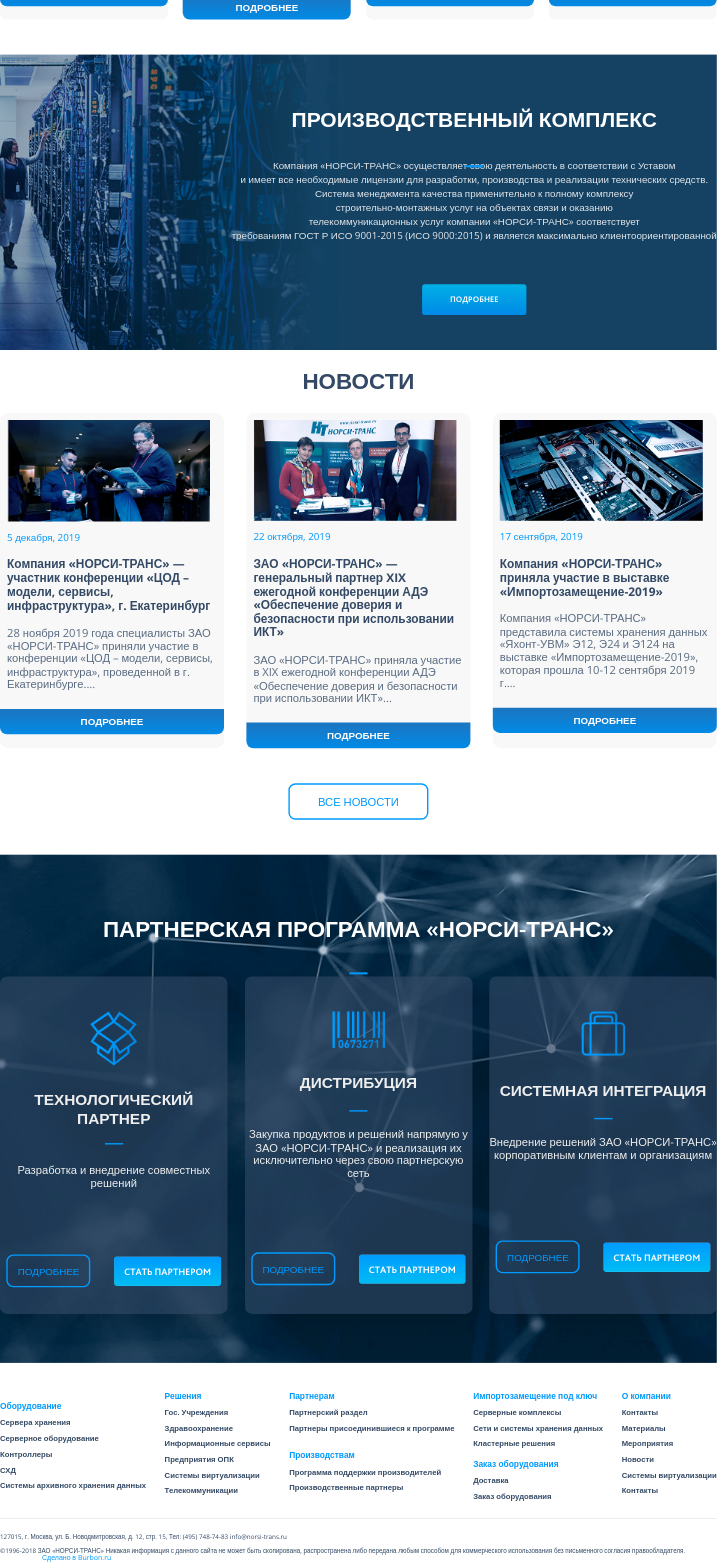
Repository: frostnn/testTaskBurbon
Page: app/index.html
These files come from the project's save history. The page is drawn as it stood at one moment and after the next save; the edit follows.
The browser window is 1024 px wide. The pictures show the part of the page from y = 1100 to 3340 px (the page is 3340 px tall before and 3336 px after), at 70% of full size.
The style sheet was rebuilt from its Sass, Less or Tailwind sources for each picture, by a compiler version that may differ from the author's.

Above is the page before, as saved 2020-07-16 11:31:39.

### app/index.html
<!DOCTYPE html>
<html lang="en">
<head>
  <meta charset="UTF-8">
  <meta name="viewport" content="width=device-width, initial-scale=1.0">
  <meta http-equiv="X-UA-Compatible" content="ie=edge">
  <link rel="stylesheet" href="css/style.min.css">
  <title>Test task</title>
</head>
<body>
  <div class="bg-test">
    <header class="header">
        <div class="header-logo">
          <img src="./img/NT_logo_color.png" alt="Логотип" class="header-logo__img">
        </div>
        <nav class="header-nav">
          <ul class="header-nav__list">
            <li class="header-nav__list-item">
              <a href="#" class="header-nav__list-link">оборудование</a>
            </li>
            <li class="header-nav__list-item">
              <a href="#" class="header-nav__list-link">решения</a>
            </li>
            <li class="header-nav__list-item">
              <a href="#" class="header-nav__list-link">партнерам</a>
            </li>
            <li class="header-nav__list-item">
              <a href="#" class="header-nav__list-link">производствам</a>
            </li>
            <li class="header-nav__list-item">
              <a href="#" class="header-nav__list-link">импортозамещение под ключ</a>
            </li>
            <li class="header-nav__list-item">
              <a href="#" class="header-nav__list-link">заказ оборудования</a>
            </li>
            <li class="header-nav__list-item">
              <a href="#" class="header-nav__list-link">о компании</a>
            </li>
          </ul>
        </nav>
        <div class="header-search">
          <img src="./img/search.png" alt="Поиск" class="header-search__img">
        </div>
    </header>
    <section class="slider">
      <div class="slider-block">
        <div class="slider-block__content">
          <h1 class="slider-block__content-title">Яхонт-увм э24</h1>
          <p class="slider-block__content-text">
            программно-аппаратный комплекс высокопроизводительной загрузки <br>
            и накопления массивов CDR/IPDR данных, выполнения задач<br>
            по их обработке
          </p>
          <a href="#" class="slider-block__content-link btn">Подробнее</a>
        </div>
        <div class="slider-block__content">
          <h1 class="slider-block__content-title">Яхонт-увм э24</h1>
          <p class="slider-block__content-text">
            программно-аппаратный комплекс высокопроизводительной загрузки <br>
            и накопления массивов CDR/IPDR данных, выполнения задач<br>
            по их обработке
          </p>
        <!--  <img src="./img/VPS.png" alt="" class="slider-block__content-img"> -->
          <a href="#" class="slider-block__content-link btn">Подробнее</a>
        </div>
        <div class="slider-block__content">
          <h1 class="slider-block__content-title">Яхонт-увм э24</h1>
          <p class="slider-block__content-text">
            программно-аппаратный комплекс высокопроизводительной загрузки <br>
            и накопления массивов CDR/IPDR данных, выполнения задач<br>
            по их обработке
          </p>
          <a href="#" class="slider-block__content-link btn">Подробнее</a>
        </div>
      </div>
    </section>
  </div>
  <section class="industries">
    <h2 class="industries-title">Наши отрасли</h2>
    <div class="industries-block">
      <div class="industries-block__content">
        <img src="./img/healths.png" alt="healths" class="industries-block__content-img">
        <h3 class="industries-block__content-title">Здравоохранение</h3>
        <p class="industries-block__content-text">
          Системы хранения данных. Интеграция
          в действующую ИКТ-структуру. Программно-аппаратный комплекс «Яхонт-ЭМК»,
          предназначенный для хранения и ведения медицинских интегрированных архивов
        </p>
        <a href="" class="industries-block__content-link">Подробнее</a>
      </div>
      <div class="industries-block__content">
        <img src="./img/gov.png" alt="government" class="industries-block__content-img">
        <h3 class="industries-block__content-title">Государственный сектор </h3>
        <p class="industries-block__content-text">
          Системы хранения данных. Интеграция в действующую ИКТ-структуру.
          Импортонезависимый программно-аппаратный комплекс систем электронного документооборота
          и аналитической отчетности
        </p>
        <a href="" class="industries-block__content-link">Подробнее</a>
      </div>
      <div class="industries-block__content">
        <img src="./img/telecom.png" alt="telecom" class="industries-block__content-img">
        <h3 class="industries-block__content-title">Телекоммуникации</h3>
        <p class="industries-block__content-text">
          Системы хранения данных. Интеграция в действующую ИКТ-структуру.
          Программно-аппаратный комплекс «Яхонт-ЭМК»,
          предназначенный для хранения и ведения медицинских интегрированных архивов
        </p>
        <a href="" class="industries-block__content-link">Подробнее</a>
      </div>
      <div class="industries-block__content">
        <img src="./img/opk.png" alt="opk" class="industries-block__content-img">
        <h3 class="industries-block__content-title">Предприятия ОПК</h3>
        <p class="industries-block__content-text">
          Системы хранения данных. Интеграция в действующую ИКТ-структуру.
          Импортонезависимый программно-аппаратный комплекс систем электронного документооборота
          и аналитической отчетности
        </p>
        <a href="#" class="industries-block__content-link">Подробнее</a>
      </div>
    </div>
  </section>
  <main class="production">
    <div class="production-wrapper">
      <div class="production-block">
        <h2 class="production-block__title">Производственный комплекс</h2>
        <p class="production-block__text">
          Компания «НОРСИ-ТРАНС» осуществляет свою деятельность в соответствии с Уставом <br>
          и имеет все необходимые лицензии для разработки, производства и реализации технических средств.<br>
          Система менеджмента качества применительно к полному комплексу<br>
          строительно-монтажных услуг на объектах связи и оказанию <br>
          телекоммуникационных услуг компании «НОРСИ-ТРАНС» соответствует <br>
          требованиям ГОСТ Р ИСО 9001-2015 (ИСО 9000:2015) и является максимально клиентоориентированной
        </p>
        <a href="#" class="production-block__link btn">подробнее</a>
      </div>
    </div>
  </main>
  <section class="news">
    <h2 class="news-title">Новости</h2>
      <div class="news-block">
        <div class="news-block__content">
          <img src="./img/news_1.png" alt="news_img" class="news-block__content-img">
          <span class="news-block__content-date">5 декабря, 2019</span>
          <h4 class="news-block__content-title">
            Компания «НОРСИ-ТРАНС» — участник конференции «ЦОД – модели,
            сервисы, инфраструктура», г. Екатеринбург
          </h4>
          <p class="news-block__content-text">
            28 ноября 2019 года специалисты ЗАО «НОРСИ-ТРАНС»
            приняли участие в конференции «ЦОД – модели, сервисы,
            инфраструктура», проведенной в г. Екатеринбурге.…
          </p>
          <a href="#" class="news-block__content-link">Подробнее</a>
        </div>
          <div class="news-block__content">
            <img src="./img/news_2.png" alt="news_img" class="news-block__content-img">
            <span class="news-block__content-date">22 октября, 2019</span>
            <h4 class="news-block__content-title">
              ЗАО «НОРСИ-ТРАНС» — генеральный партнер XIX
              ежегодной конференции АДЭ «Обеспечение доверия
              и безопасности при использовании ИКТ»
            </h4>
            <p class="news-block__content-text">
              ЗАО «НОРСИ-ТРАНС» приняла участие в XIX ежегодной конференции
              АДЭ «Обеспечение доверия и безопасности при использовании ИКТ»...
            </p>
            <a href="#" class="news-block__content-link">Подробнее</a>
          </div>
          <div class="news-block__content">
            <img src="./img/news_3.png" alt="news_img" class="news-block__content-img">
            <span class="news-block__content-date">17 сентября, 2019</span>
            <h4 class="news-block__content-title">
              Компания «НОРСИ-ТРАНС» приняла участие
              в выставке «Импортозамещение-2019»
            </h4>
            <p class="news-block__content-text">
              Компания «НОРСИ-ТРАНС» представила системы хранения данных
              «Яхонт-УВМ» Э12, Э24 и Э124 на выставке «Импортозамещение-2019»,
              которая прошла 10-12 сентября 2019 г.…
            </p>
            <a href="#" class="news-block__content-link">Подробнее</a>
          </div>
      </div>
      <div class="btn-wrapper">
        <button class="news-btn">Все новости</button>
      </div>
  </section>
  <section class="program">
    <div class="program-wrapper">
      <h2 class="program-title">Партнерская программа «НОРСИ-ТРАНС» </h2>
      <div class="program-block__wrapper">
        <div class="program-block">
          <img src="./img/box.png" alt="box" class="program-block__img">
          <h5 class="program-block__title">Технологический партнер</h5>
          <p class="program-block__text">Разработка и внедрение совместных решений </p>
          <div class="program-block__btn">
            <a href="#" class="program-block__btn-link">подробнее</a>
            <button class="program-block__btn-btn btn">стать партнером</button>
          </div>
        </div>
        <div class="program-block">
          <img src="./img/code.png" alt="box" class="program-block__img">
          <h5 class="program-block__title">Дистрибуция</h5>
          <p class="program-block__text">
            Закупка продуктов и решений напрямую у ЗАО «НОРСИ-ТРАНС»
            и реализация их исключительно через свою партнерскую сеть
          </p>
          <div class="program-block__btn">
            <a href="#" class="program-block__btn-link">подробнее</a>
            <button class="program-block__btn-btn btn">стать партнером</button>
          </div>
        </div>
        <div class="program-block">
          <img src="./img/case.png" alt="box" class="program-block__img">
          <h5 class="program-block__title">Системная интеграция</h5>
          <p class="program-block__text">
            Внедрение решений ЗАО «НОРСИ-ТРАНС»
            корпоративным клиентам и организациям
          </p>
          <div class="program-block__btn">
            <a href="#" class="program-block__btn-link">подробнее</a>
            <button class="program-block__btn-btn btn">стать партнером</button>
          </div>
        </div>
      </div>
    </div>
  </section>
  <footer class="footer">
    <div class="footer-nav">
      <div class="equipment-block">
        <ul class="equipment-block__list">
          <li class="equipment-block__list-title">Оборудование</li>
          <li class="equipment-block__list-item"> <a href="#" class="equipment-block__item-link"> Сервера хранения</a></li>
          <li class="equipment-block__list-item"> <a href="#" class="equipment-block__item-link">Серверное оборудование</a></li>
          <li class="equipment-block__list-item"> <a href="#" class="equipment-block__item-link"> Контроллеры</a></li>
          <li class="equipment-block__list-item"> <a href="#" class="equipment-block__item-link">СХД</a></li>
          <li class="equipment-block__list-item"> <a href="#" class="equipment-block__item-link">Системы архивного хранения данных</a></li>
        </ul>
      </div>
      <div class="decisions-block">
        <ul class="decisions-block__list">
          <li class="decisions-block__list-title">Решения</li>
          <li class="decisions-block__list-item"> <a href="#" class="decisions-block__item-link"> Гос. Учреждения</a></li>
          <li class="decisions-block__list-item"> <a href="#" class="decisions-block__item-link">Здравоохранение</a></li>
          <li class="decisions-block__list-item"> <a href="#" class="decisions-block__item-link">Информационные сервисы</a></li>
          <li class="decisions-block__list-item"> <a href="#" class="decisions-block__item-link">Предприятия ОПК</a></li>
          <li class="decisions-block__list-item"> <a href="#" class="decisions-block__item-link">Системы виртуализации</a></li>
          <li class="decisions-block__list-item"> <a href="#" class="decisions-block__item-link">Телекоммуникации</a></li>
        </ul>
      </div>
      <div class="partners-block">
        <ul class="partners-block__list">
          <li class="partners-block__list-title">Партнерам</li>
          <li class="partners-block__list-item"> <a href="#" class="partners-block__item-link">Партнерский раздел</a></li>
          <li class="partners-block__list-item"> <a href="#" class="partners-block__item-link">Партнеры присоединившиеся к программе</a></li>
        </ul>
        <ul class="productions-block__list">
          <li class="productions-block__list-title">Производствам</li>
          <li class="productions-block__list-item"> <a href="#" class="productions-block__item-link">Программа поддержки производителей</a></li>
          <li class="productions-block__list-item"> <a href="#" class="productions-block__item-link">Производственные партнеры</a></li>
        </ul>
      </div>
      <div class="import-block">
        <ul class="import-block__list">
          <li class="import-block__list-title">Импортозамещение под ключ</li>
          <li class="import-block__list-item"> <a href="#" class="import-block__item-link"> Серверные комплексы</a></li>
          <li class="import-block__list-item"> <a href="#" class="import-block__item-link">Сети и системы хранения данных</a></li>
          <li class="import-block__list-item"> <a href="#" class="import-block__item-link">Кластерные решения</a></li>
        </ul>
        <ul class="equipment-block__list">
          <li class="equipment-block__list-title">Заказ оборудования</li>
          <li class="equipment-block__list-item"> <a href="#" class="equipment-block__item-link">Доставка</a></li>
          <li class="equipment-block__list-item"> <a href="#" class="equipment-block__item-link">Заказ оборудования</a></li>
        </ul>
      </div>
      <div class="nav-block">
        <ul class="nav-block__list">
          <li class="nav-block__list-title" >О компании</li>
          <li class="nav-block__list-item" > <a href="#" class="nav-block__item-link">Контакты</a></li>
          <li class="nav-block__list-item" > <a href="#" class="nav-block__item-link">Материалы</a></li>
          <li class="nav-block__list-item" > <a href="#" class="nav-block__item-link">Мероприятия</a></li>
          <li class="nav-block__list-item" > <a href="#" class="nav-block__item-link">Новости</a></li>
          <li class="nav-block__list-item" > <a href="#" class="nav-block__item-link">Системы виртуализации</a></li>
          <li class="nav-block__list-item" > <a href="#" class="nav-block__item-link">Контакты</a></li>
        </ul>
      </div>
    </div>
    <div class="subfooter">
      <p class="subfooter-contacts">
        127015, г. Москва, ул. Б. Новодмитровская,
        д. 12, стр. 15, Тел: <a href="tel:(495) 748-74-83" class="subfooter-contacts__link">(495) 748-74-83</a> <a href="mailto:info@norsi-trans.ru" class="subfooter-contacts__link">info@norsi-trans.ru</a>
      </p>
      <p class="subfooter-info">
        ©1996-2018 ЗАО «НОРСИ-ТРАНС» Никакая информация с данного сайта не может быть скопирована,
        распространена либо передана любым способом для коммерческого использования без письменного согласия правообладателя.
        <a href="https://burbon.ru/" class="subfooter-link">Сделано в Burbon.ru</a>
      </p>

    </div>
  </footer>
  <script src="https://ajax.googleapis.com/ajax/libs/jquery/3.4.1/jquery.min.js"></script>
  <script src="js/libs.min.js"></script>
  <script src="js/main.js"></script>
</body>
</html>

### app/scss/_vars.scss
$white: #fff;
$blue: #019afe;

### app/scss/_fonts.scss
@import url('https://fonts.googleapis.com/css2?family=Open+Sans:wght@300;400;600;700;800&display=swap');
@font-face {
  font-family: 'Bliss Pro Bold';
  src: url('../fonts/BlissPro-Bold.eot');
  src: url('../fonts/BlissPro-Bold.eot?#iefix') format('embedded-opentype'),
  url('../fonts/BlissPro-Bold.woff') format('woff'),
  url('../fonts/BlissPro-Bold.ttf') format('truetype');
  font-weight: normal;
  font-style: normal;
  }

### app/scss/_global.scss
html {
  box-sizing: border-box;
}
body {
  font-family: 'Open Sans', sans-serif;
}
*,
*::before,
*::after {

  box-sizing: inherit;
}
a {
  display: inline;
  text-decoration: none;
  color: #fff;
}
ul,
li {
  list-style: none;
  margin: 0;
  padding: 0;
}

### app/scss/_media.scss
@media (max-width: 1452px) {
  .footer,
  .news,
  .industries,
  .production-wrapper,
  .program-wrapper,
  .header,
  .slider {
    max-width: 1350px;
  }
  .header-nav__list {
    .header-nav__list-item {
      margin-right: 30px;
    }
    .header-nav__list-link {
      font-size: 12px;
    }
  }
  .slider-block__content-title {
    font-size: 42px;
  }
  .slider-block__content-text {
    font-size: 18px;
  }
  .industries-block__content {
    max-width: 320px;
    .industries-block__content-title {
      font-size: 16px;
    }
    .industries-block__content-text {
      font-size: 14px;
    }
    .industries-block__content-img {
      max-width: 320px;
    }
  }
  .production {
    background-position: center;
  }
  .news-block__content {
    max-width: 430px;
    .news-block__content-img {
      max-width: 420px;
    }
    .news-block__content-title {
      font-size: 18px;

    }
    .news-block__content-date {
      font-size: 14px;

    }
    .news-block__content-text {
      font-size: 18px;
    }
  }
  .program-block {
    width: 424px;
  }
  .program-block .program-block__btn-btn {
    padding: 15px 20px;
  }
  .program-block .program-block__btn-link {
    padding: 12px 28px;
  }
  .footer-nav {
    .equipment-block__list-title,
    .decisions-block__list-title,
    .partners-block__list-title,
    .productions-block__list-title,
    .import-block__list-title,
    .equipment-block__list-title,
    .nav-block__list-title {
      font-size: 12px;
    }
    a {
      font-size: 11px;
    }
  }
  .subfooter {
    .subfooter-contacts {
      font-size: 9px;
    }
    .subfooter-info{
      font-size: 9px;
    }
    .subfooter-link {
      font-size: 10px;
      margin-left: 60px;
    }
  }
}
@media (max-width: 1360px) {
  .footer,
  .news,
  .industries,
  .production-wrapper,
  .program-wrapper,
  .header,
  .slider {
    max-width: 1280px;
  }
  .industries-block__content {
    max-width: 300px;
    .industries-block__content-img {
      max-width: 300px;
    }
  }
  .news-block__content {
    max-width: 420px;
    .news-block__content-img {
      max-width: 410px;
    }
  }
  .program-block {
    width: 413px;
  }

}

@media (max-width: 1245px) {
  .footer,
  .news,
  .industries,
  .production-wrapper,
  .program-wrapper,
  .header,
  .slider {
    max-width: 1190px;
  }
  .industries-block__content {
    max-width: 280px;
    .industries-block__content-img {
      max-width: 280px;
    }
  }
  .news-block__content {
    max-width: 380px;
    .news-block__content-img {
      max-width: 370px;
    }
  }
  .program-block {
    width: 370px;
  }
  .header-nav__list {
    .header-nav__list-item {
      margin-right: 30px;
    }
    .header-nav__list-link {
      font-size: 10px;
    }
  }
}

@media (max-width: 1200px) {
  .footer,
  .news,
  .industries,
  .production-wrapper,
  .program-wrapper,
  .header,
  .slider {
    max-width: 1100px;
  }
  .industries-block__content {
    max-width: 240px;
    .industries-block__content-img {
      max-width: 240px;
    }
  }
  .news-block__content {
    max-width: 380px;
    .news-block__content-img {
      max-width: 370px;
    }
  }
  .program-block {
    width: 370px;
  }
  .header-nav__list {
    .header-nav__list-item {
      margin-right: 15px;
    }
    .header-nav__list-link {
      font-size: 10px;
    }
  }

}
@media (min-width: 992px) and (max-width: 1199px) {
  .footer,
  .news,
  .industries,
  .production-wrapper,
  .program-wrapper,
  .header,
  .slider {
    max-width: 1120px;
  }
  .slider-block__content-link .btn{
    font-size: 14px;
  }
  .industries-block__content {
    max-width: 240px;
    .industries-block__content-img {
      max-width: 240px;
    }
  }
  .news-block__content {
    max-width: 320px;
    .news-block__content-img {
      max-width: 310px;
    }
    .news-block__content-text {
      font-size: 16px;
    }
    .news-block__content-title {
      font-size: 17px;
  }
  }

  .program-block {
    width: 325px;
    .program-block__text {
      font-size: 14px;
    }
    .program-block__text {
      font-size: 20px;
    }
  }
  .program-title, .news-title, .industries-title {
    font-size: 32px;
  }
  .header-nav__list {
    .header-nav__list-item {
      margin-right: 15px;
    }
    .header-nav__list-link {
      font-size: 10px;
    }
  }
  .production-block {
    .production-block__text {

      font-size: 14px;
    }
    .production-block__link {
      margin-bottom: 50px;
      font-size: 12px;
    }
  }
  .program-block .program-block__btn-btn {
    padding: 13px 14px;
    font-size: 14px;
  }
  .program-block .program-block__btn-link {
    padding: 12px 14px;
  }
  .program-block .program-block__title {
    font-size: 22px;
    text-align: center;
  }
  .program-block .program-block__text {
    font-size: 16px;
  }
.program-block:nth-child(1) {
  .program-block__btn {
    margin-top: 20px;
  }
  .program-block__title {
    &::before {
      top: -4px;
    }
  }

}
.program-block:nth-child(2) {
  .program-block__btn {
    margin-top: 31px;
  }
  .program-block__title {
    &::before {
      top: -98px;
    }
  }
}
.program-block:nth-child(3) {
  .program-block__title {
    &::before {
      top: -76px;
    }
  }
}

}

Loaded but not shown: app/js/libs.min.js (library); app/js/main.js (5 lines, source omitted); app/scss/style.scss (456 lines, source omitted); app/scss/_libs.scss (469 lines, source omitted)

After the next save:
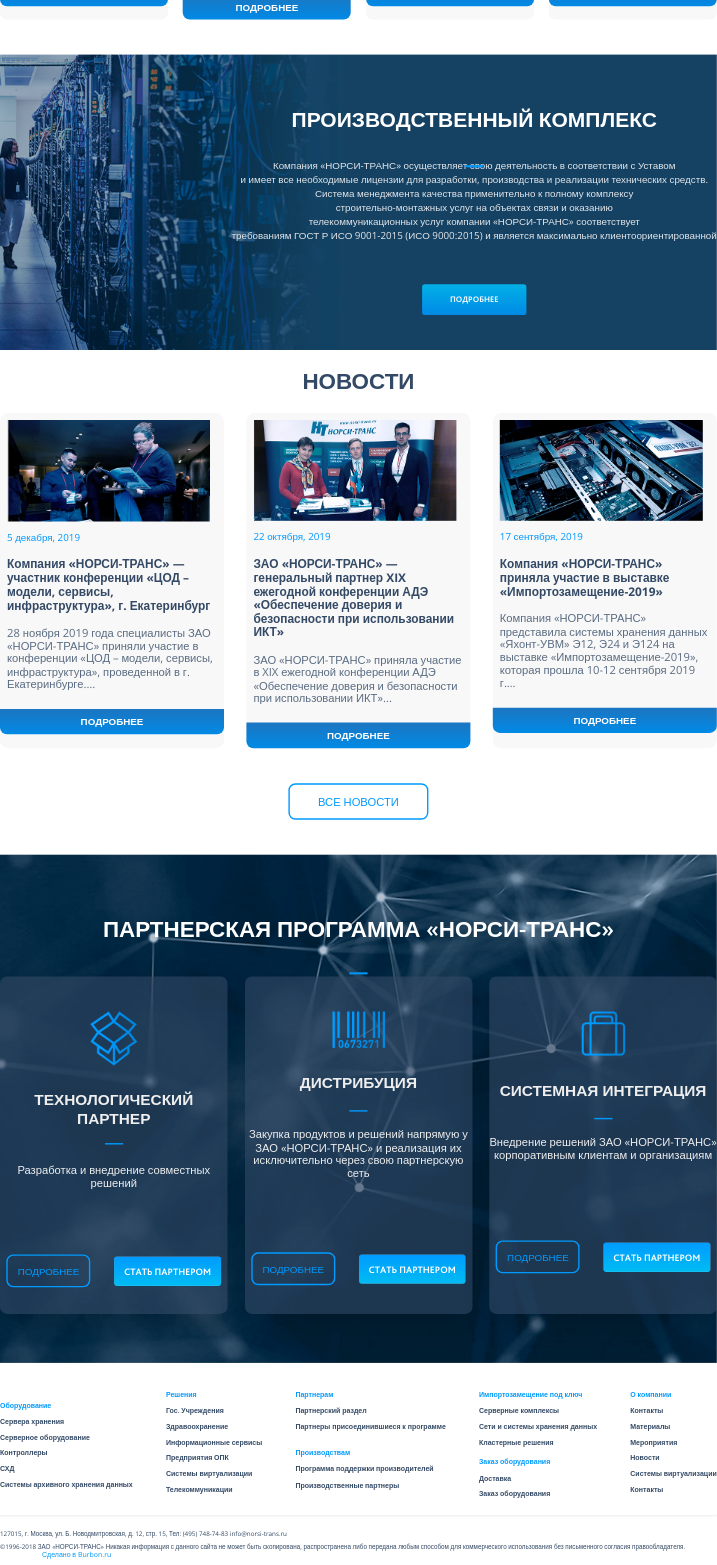
Saved 5 min 22 s later.
--- a/app/scss/_media.scss
+++ b/app/scss/_media.scss
@@ -292,5 +292,18 @@
     }
   }
 }
-
-}
+.footer-nav {
+  .equipment-block__list-title,
+  .decisions-block__list-title,
+  .partners-block__list-title,
+  .productions-block__list-title,
+  .import-block__list-title,
+  .equipment-block__list-title,
+  .nav-block__list-title {
+    font-size: 10px;
+  }
+  a {
+    font-size: 10px;
+  }
+}
+}
